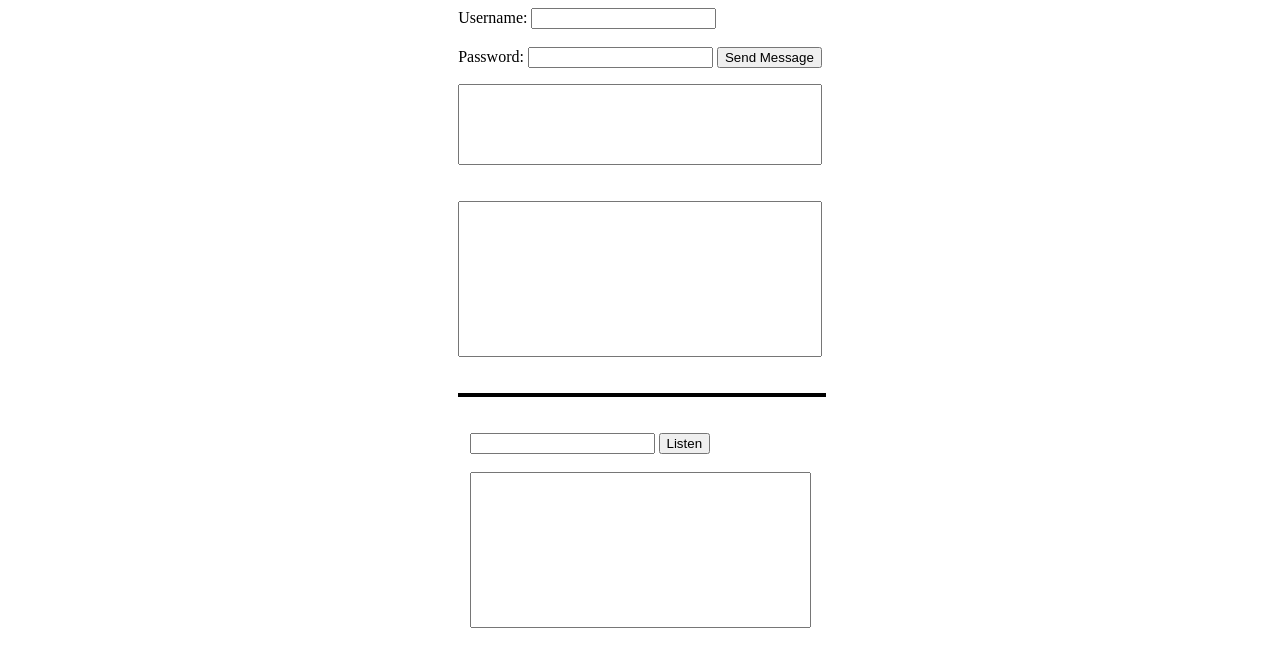
Repository: hosua/it-202
Page: http://localhost/
These files come from the project's save history. The page is drawn as it stood at one moment and after the next save; the edit follows.
The browser window is 1280 px wide. The pictures show the whole page.
The page is run by PHP 8.4 with error messages shown; the project is at /var/www/html/. Queries for data that is not in the repository find no rows.

Above is the page before, as saved 2022-12-02 05:24:45.

After the next save:
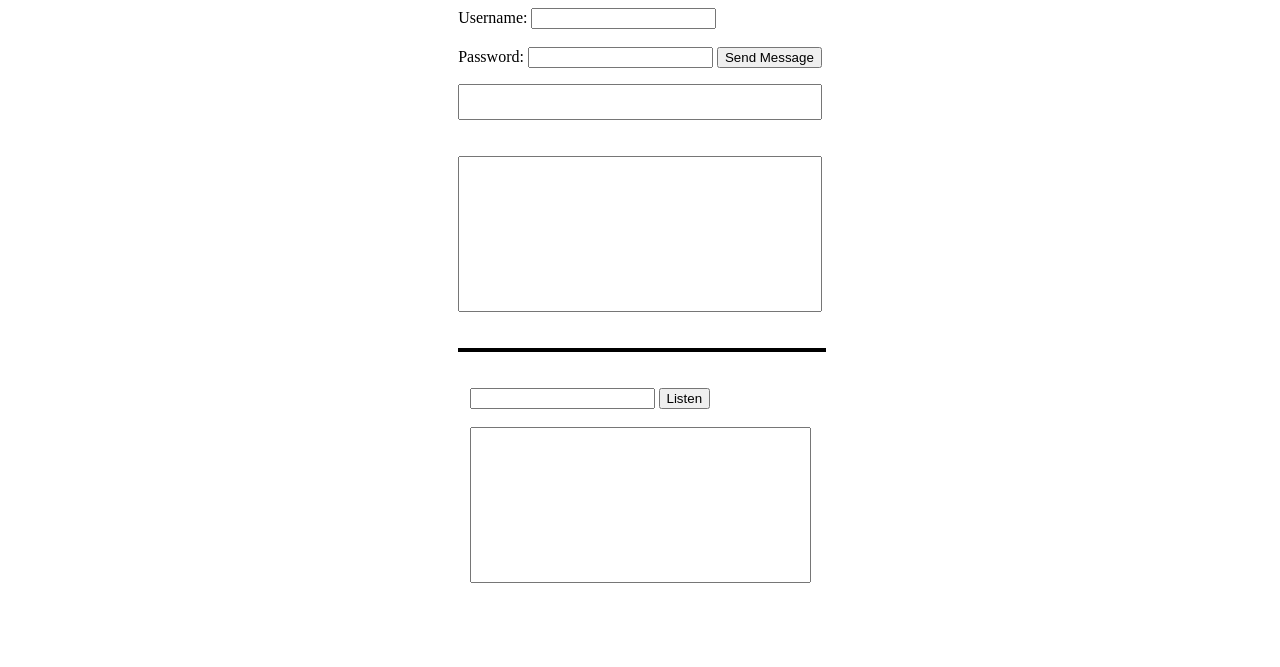
Saved 6 s later.
--- a/assign5/index.php
+++ b/assign5/index.php
@@ -17,7 +17,7 @@ if (mysqli_connect_errno()){ echo "Failed to connect to MySQL: " . mysqli_connec
     <input type=password id=pass name=pass>
     <input type="submit" value="Send Message">
 </form>
-<textarea readonly id=active-users name=active-users cols=20 rows=5>
+<textarea readonly id=active-users name=active-users cols=20 rows=2>
 <?php
 // list users
 $sql = "SELECT * FROM Users;";
